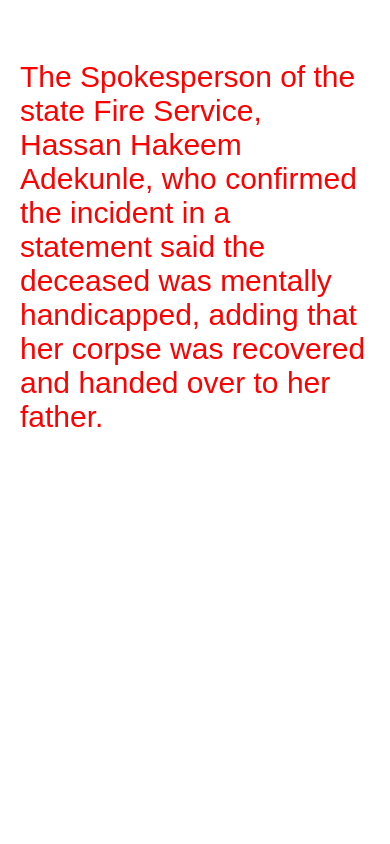
Repository: akinmiday/ReactNativeApp
Screen: /
An editor plug-in stored every save of this project. The screen is shown before and after the next save, followed by the edit.
The app was drawn by React Native's web renderer in a window 390 px wide. The project was rebuilt for these pictures with package versions that can differ from the ones it lists, and the page was loaded fresh each time.

Above is the screen before, as saved 2023-08-06 15:57:18.

After the next save:
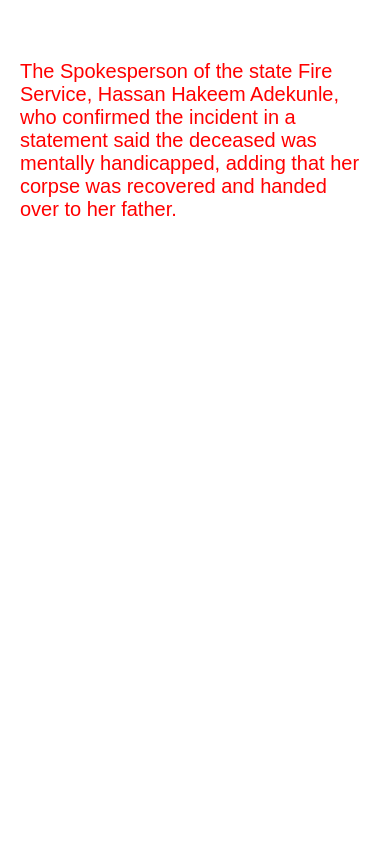
Saved 9 s later.
--- a/styles.js
+++ b/styles.js
@@ -16,7 +16,7 @@ const styles = StyleSheet.create({
   },
   text: {
     color: "red",
-    fontSize: 30,
+    fontSize: 20,
     fontFamily: "Arial",
   },
   button: {
